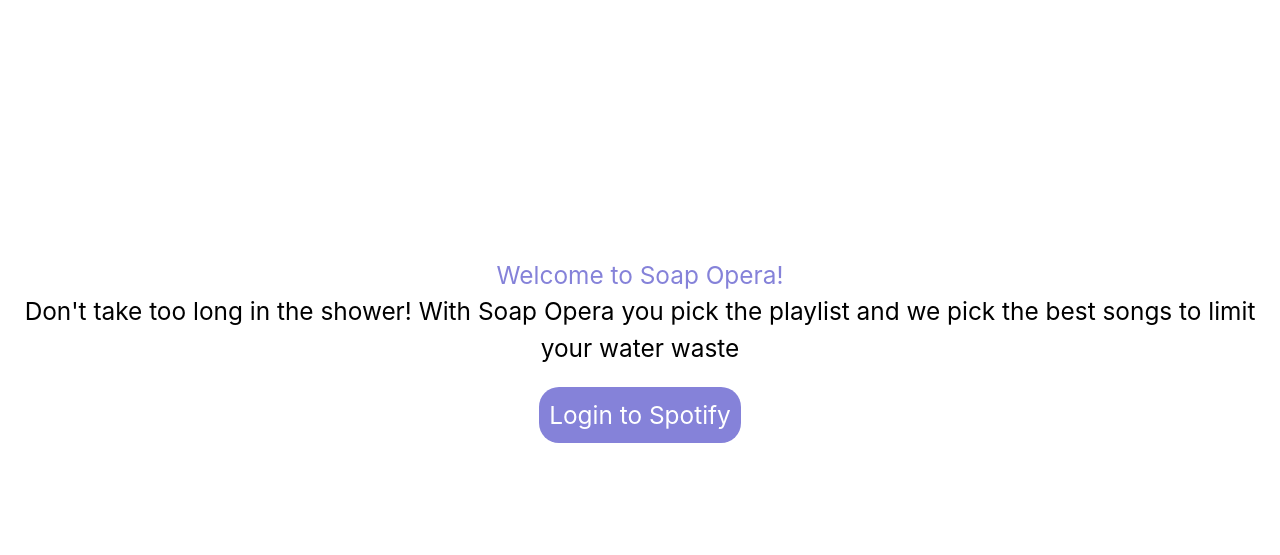
Repository: kayacancode/soapopera
Page: /
These files come from the project's save history. The page is drawn as it stood at one moment and after a run of saves; the edit follows.
The browser window is 1280 px wide. The pictures show the whole page.
The project was rebuilt for these pictures with package versions that can differ from the ones it lists, and the page was loaded fresh each time.

Above is the page before, as saved 2023-04-22 18:26:42.

### src/App.js
import {useEffect, useState} from "react";
import './App.css';
import axios from 'axios';

function App() {
    const CLIENT_ID = "11e1a8a6d9664d7f9eefd2e7de958a15"
    const REDIRECT_URI = "http://localhost:3000"
    const AUTH_ENDPOINT = "https://accounts.spotify.com/authorize"
    const RESPONSE_TYPE = "token"

    const [token, setToken] = useState("")
    const [searchKey, setSearchKey] = useState("")
    const [artists, setArtists] = useState([])
    const [playlists, setPlaylists] = useState([])
    const [selectedPlaylist, setSelectedPlaylist] = useState(null)
    const [playlistTracks, setPlaylistTracks] = useState([])
    const [userTracks, setUserTracks] = useState([])
    useEffect(() => {
        const hash = window.location.hash
        let token = window.localStorage.getItem("token")

        if (!token && hash) {
            token = hash.substring(1).split("&").find(elem => elem.startsWith("access_token")).split("=")[1]

            window.location.hash = ""
            window.localStorage.setItem("token", token)
        }

        setToken(token)

    }, [])

    useEffect(() => {
        const getPlaylists = async () => {
            try {
                const {data} = await axios.get("https://api.spotify.com/v1/me/playlists", {
                    headers: {
                        Authorization: `Bearer ${token}`
                    },
                })

                setPlaylists(data.items)
            } catch (e) {
                console.error(e)
            }
        }

        if (token) {
            getPlaylists()
        }

    }, [token])

    const logout = () => {
        setToken("")
        window.localStorage.removeItem("token")
    }

    const handlePlaylistClick = async (playlist) => {
        setSelectedPlaylist(playlist)

        try {
            const {data} = await axios.get(`https://api.spotify.com/v1/playlists/${playlist.id}/tracks`, {
                headers: {
                    Authorization: `Bearer ${token}`
                },
            })

            setPlaylistTracks(data.items)
        } catch (e) {
            console.error(e)
        }
    }

    const renderPlaylists = () => {
        return playlists.map(playlist => (
            <div key={playlist.id}  className = "text-center" onClick={() => handlePlaylistClick(playlist)}>
                {playlist.images.length ? <img className="mx-auto rounded-md" width={200} src={playlist.images[0].url} alt=""/> : <div>No Image</div>}
            {playlist.name}
        </div>
    ))
}

const renderUserTracks = () => {
    return userTracks.map(userTracks => (
        <div className = "text-center" key={userTracks.id} onClick={() => handlePlaylistClick(userTracks)}>
        {userTracks.name}
    </div>
))
}

const renderusertracks = () => {
    return userTracks.map(track => {
        <div key={track.track.id}>
   {track.track.name} - {track.track.artists.map(artist => artist.name).join(", ")}

        </div>
    })
}

const renderPlaylistTracks = () => {
  return playlistTracks.map(track => {
      const durationInMs = track.track.duration_ms;
      const durationInMin = durationInMs / 60000;
      const durationString = durationInMin.toFixed(2) + ' minutes';
      return (
          <div key={track.track.id}>
              {track.track.name} - {durationString} - {track.track.artists.map(artist => artist.name).join(", ")}
          </div>
      );
  });
};

return (
    <div className="bg-white">
        <header className="App-header">
            <h1 className="text-[#8582d9]">Welcome to Soap Opera! </h1>
            <p className="text-center" >Don't take too long in the shower! With Soap Opera you pick the playlist and we pick the best songs to limit your water waste</p>
            {!token ?
                <a  className = "" href={`${AUTH_ENDPOINT}?client_id=${CLIENT_ID}&redirect_uri=${REDIRECT_URI}&response_type=${RESPONSE_TYPE}`}>Login
                    to Spotify</a>
                : <button  className = "" onClick={logout}>Logout</button>}

            {token ?
                <div className="text-center">
                    <h1 >Select a Spotify Playlist and then scroll to the buttom of the page</h1>

                    <h2 >My Playlists:</h2>
                    {renderPlaylists()}

                    {selectedPlaylist && (
                        <div>
                            <h2>{selectedPlaylist.name} Tracks:</h2>
                            {renderPlaylistTracks()}
                        </div>
                    )}

                </div>

                : <h2></h2>
            }



        </header>
    </div>
);
            }
            export default App;

### src/App.css
.App {
  text-align: center;
}

.App-logo {
  height: 40vmin;
  pointer-events: none;
}

@media (prefers-reduced-motion: no-preference) {
  .App-logo {
    animation: App-logo-spin infinite 20s linear;
  }
}

.App-header {
  background-color: white;
  min-height: 100vh;
  display: flex;
  flex-direction: column;
  align-items: center;
  justify-content: center;
  font-size: calc(10px + 2vmin);
  color: black;

}

.App-header a, button{
  background-color: #8582d9;
  color:white;
  padding: 10px;
  margin: 20px;
  border-radius: 20px;

}

.App-link {
  color: #61dafb;
}

@keyframes App-logo-spin {
  from {
    transform: rotate(0deg);
  }
  to {
    transform: rotate(360deg);
  }
}

Loaded but not shown: public/index.html (common file); src/index.js (common file); src/index.css (common file); src/reportWebVitals.js (common file); tailwind.config.js (common file)

After the next 2 saves:
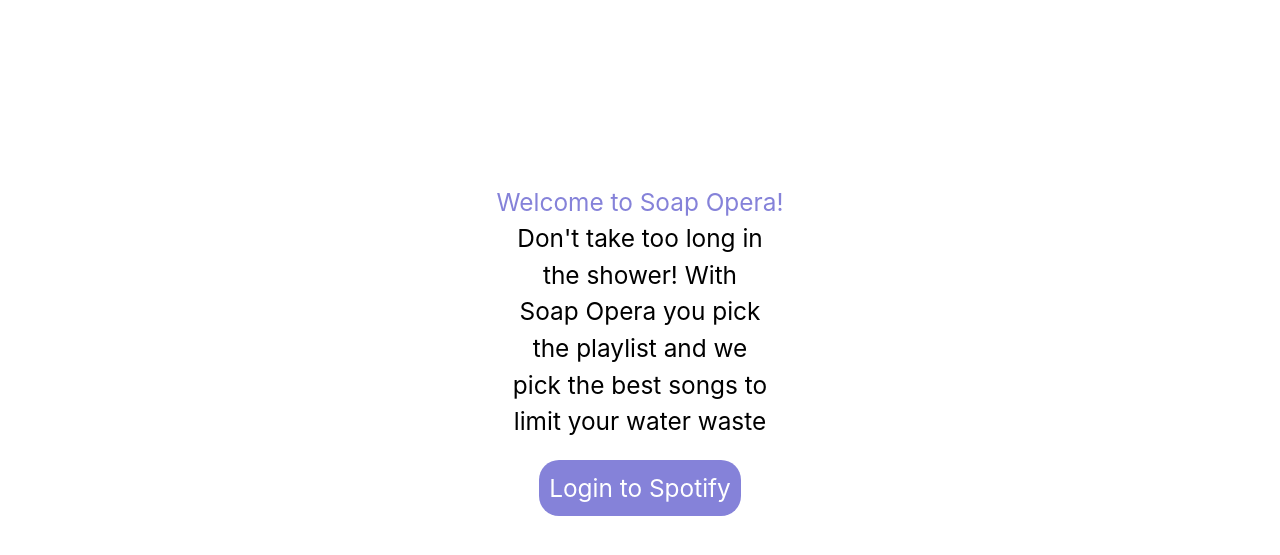
The 2 saves are shown as one change because they came seconds apart.
The last was saved 48 s later.
--- a/src/App.js
+++ b/src/App.js
@@ -115,7 +115,7 @@
     <div className="bg-white">
         <header className="App-header">
             <h1 className="text-[#8582d9]">Welcome to Soap Opera! </h1>
-            <p className="text-center" >Don't take too long in the shower! With Soap Opera you pick the playlist and we pick the best songs to limit your water waste</p>
+            <p className="text-center w-64" >Don't take too long in the shower! With Soap Opera you pick the playlist and we pick the best songs to limit your water waste</p>
             {!token ?
                 <a  className = "" href={`${AUTH_ENDPOINT}?client_id=${CLIENT_ID}&redirect_uri=${REDIRECT_URI}&response_type=${RESPONSE_TYPE}`}>Login
                     to Spotify</a>

After the save that followed:
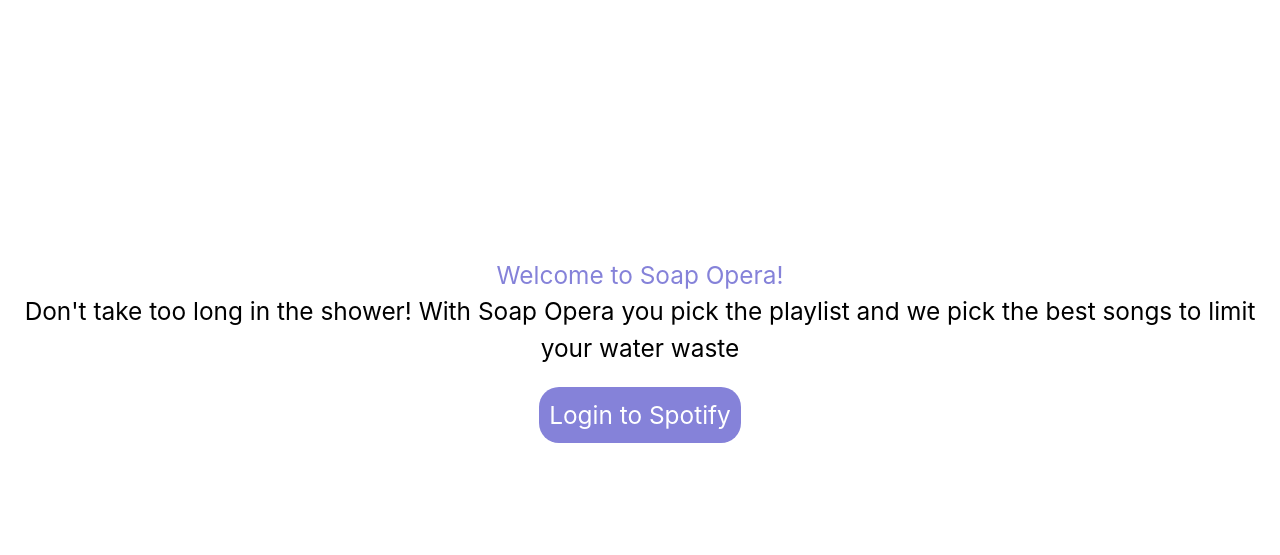
Saved 6 s later.
--- a/src/App.js
+++ b/src/App.js
@@ -115,7 +115,7 @@
     <div className="bg-white">
         <header className="App-header">
             <h1 className="text-[#8582d9]">Welcome to Soap Opera! </h1>
-            <p className="text-center w-64" >Don't take too long in the shower! With Soap Opera you pick the playlist and we pick the best songs to limit your water waste</p>
+            <p className="text-center  " >Don't take too long in the shower! With Soap Opera you pick the playlist and we pick the best songs to limit your water waste</p>
             {!token ?
                 <a  className = "" href={`${AUTH_ENDPOINT}?client_id=${CLIENT_ID}&redirect_uri=${REDIRECT_URI}&response_type=${RESPONSE_TYPE}`}>Login
                     to Spotify</a>
